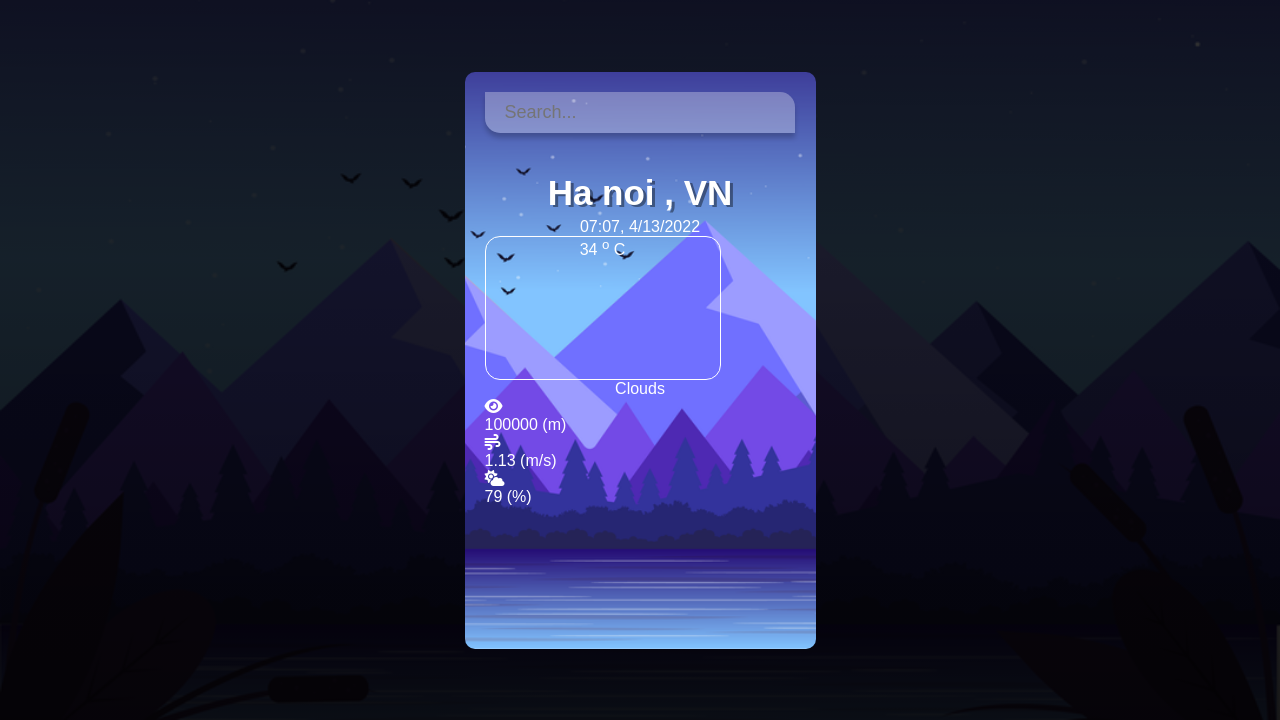
Repository: nganha241/weather-app
Page: index.html
The author's editor kept a copy of each file at every save. The page is drawn from the files as they stood at one save, then again after the next save.
The browser window is 1280 px wide. The pictures show the whole page.
Some web libraries are served in a nearby version.

Above is the page before, as saved 2022-04-13 09:35:24.

### index.html
<!DOCTYPE html>
<html lang="en">
  <head>
    <meta charset="UTF-8" />
    <meta http-equiv="X-UA-Compatible" content="IE=edge" />
    <meta name="viewport" content="width=device-width, initial-scale=1.0" />
    <title>Document</title>
    <link rel="stylesheet" href="./style.css" />
  </head>
  <body>
    <div id="weather">
      <div class="header">
        <input type="text" placeholder="Search..." />
      </div>
      <div class="content">
        <div class="city">Ha noi , <span class="country">VN</span></div>
        <div class="time">07:07, <span class="date">4/13/2022</span></div>
        <div class="deg">34 <sup>o</sup> C</div>
        <div class="status">Clouds</div>
      </div>
      <div class="footer">
        <div class="detail">
          <div class="distance">
            <div><i class="fa-solid fa-eye"></i></div>
            <div>100000 <span>(m)</span></div>
          </div>
          <div class="speed">
            <div><i class="fa-solid fa-wind"></i></div>
            <div>1.13 <span>(m/s)</span></div>
          </div>
          <div class="humidity">
            <div><i class="fa-solid fa-cloud-sun"></i></div>
            <div>79 <span>(%)</span></div>
          </div>
        </div>
      </div>
    </div>
    <script
      src="https://kit.fontawesome.com/ae971d7ee0.js"
      crossorigin="anonymous"
    ></script>
    <script src="./main.js"></script>
  </body>
</html>

### style.css
* {
    padding: 0;
    margin: 0;
    box-sizing: border-box;
}

body {
    font-family: sans-serif;
    height: 100vh;
    display: flex;
    justify-content: center;
    align-items: center;
    background: linear-gradient(to top, rgba(0, 0, 0, 0.9), rgba(0, 0, 0, 0.8)), url(./img1.png) no-repeat center/cover;
    color: #fff;
}

#weather {
    padding: 20px;
    width: 351px;
    height: 577px;
    border: none;
    border-radius: 10px;
    background: url(./img1.png) no-repeat center/cover;
}

.header input{
    width: 310px;
    height: 41px;
    border-radius: 0px 15px 0px 15px;
    border: none;
    background: rgba(255, 255, 255, 0.3);
    box-shadow: 0px 5px 5px rgba(0, 0, 0, 0.2);
    outline: none;
    font-size: 18px;
    padding: 0 20px;
    transition: 0.4s;
}

.header input:focus {
    border-radius: 15px 0px 15px 0px;
    background: rgba(255, 255, 255, 0.7);
}

.content {
    margin-top: 40px;
    text-align: center;
}

.city {
    font-size: 35px;
    font-weight: 600;
    text-shadow: 3px 2px rgba(0, 0, 0, 0.4);
}

.time {
    margin-top: 5px;
}

.deg {
    width: 236px;
    height: 144px;
    border: 1px solid;
    border-radius: 15px;
}

Loaded but not shown: main.js (no copy from this time; the picture is the same without it)

After the next save:
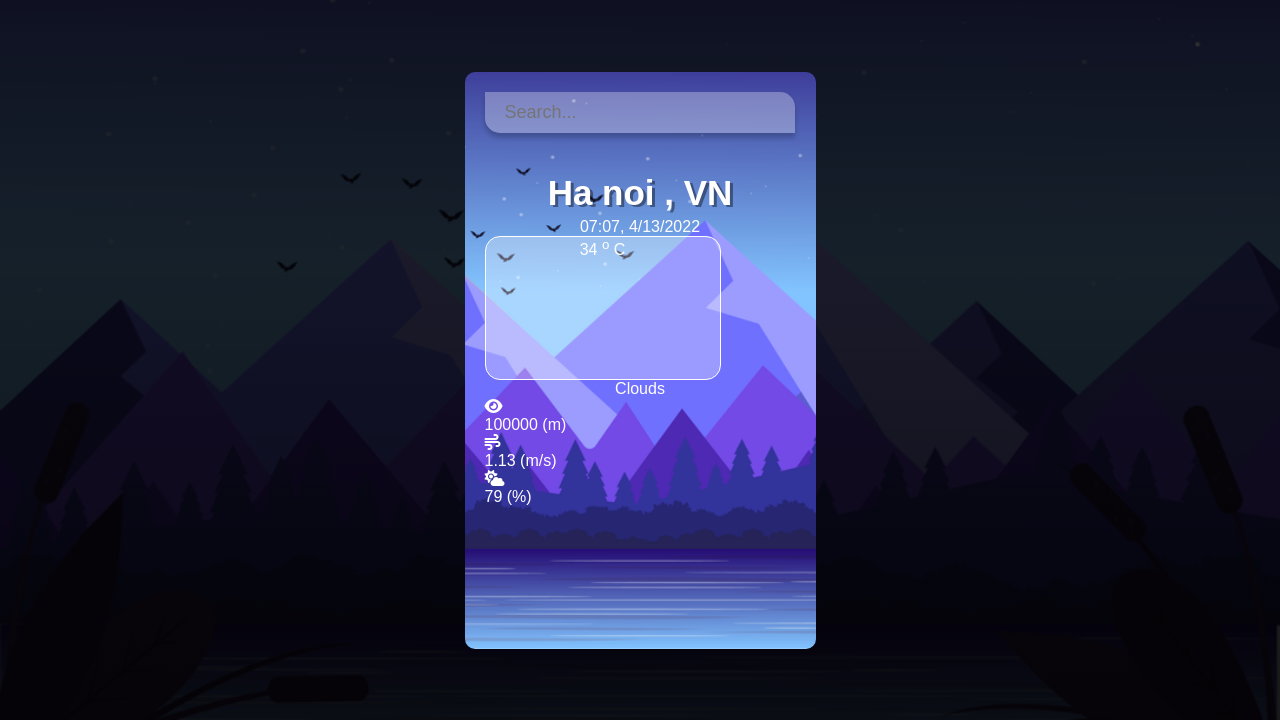
Saved 21 s later.
--- a/style.css
+++ b/style.css
@@ -61,4 +61,5 @@ body {
     height: 144px;
     border: 1px solid;
     border-radius: 15px;
+    background: rgba(255, 255, 255, 0.3);
 }
